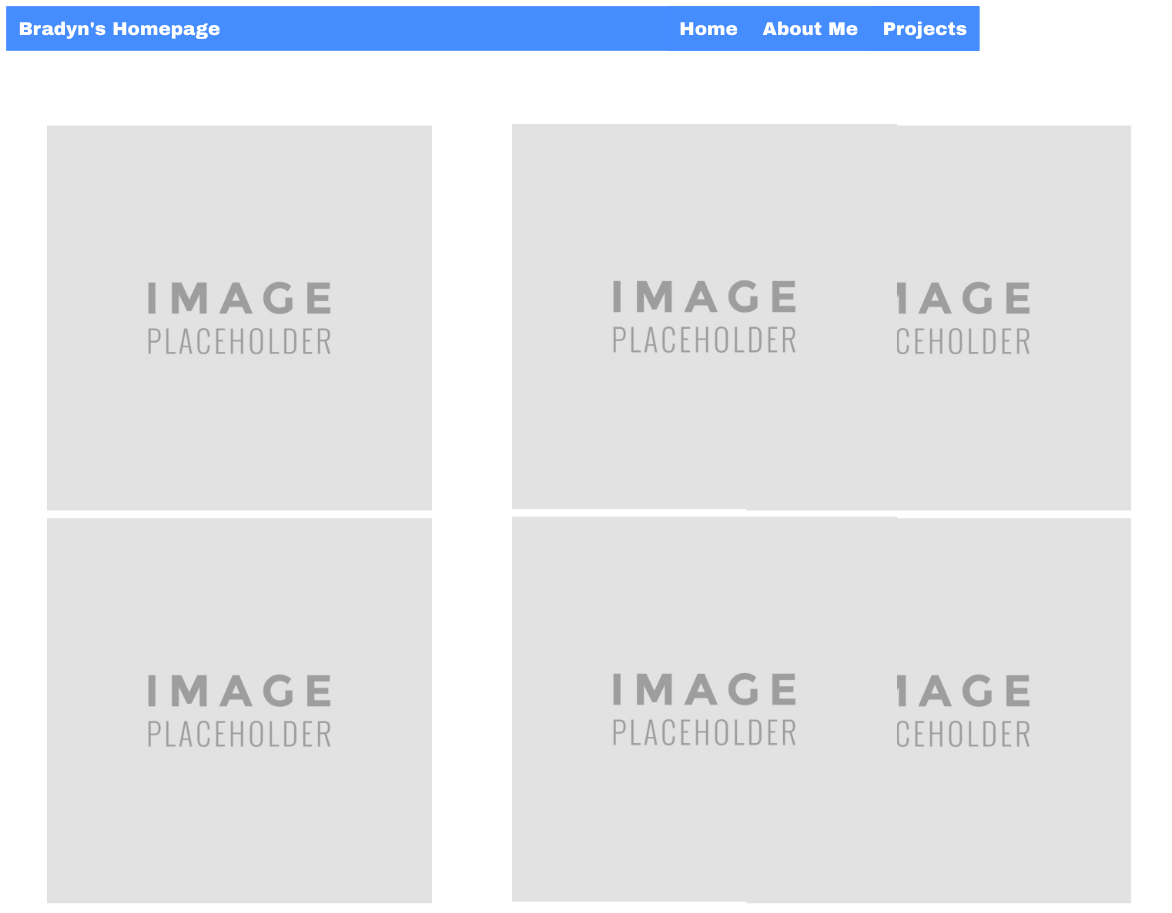
Repository: br4y/br4y.github.io
Page: index.html
The author's editor kept a record of every edit. The page is drawn from the files as they stood at one moment, then again after the next edit.
The browser window is 1280 px wide. The page is 1522 px wide, so the pictures cover 1522 px, including what lies to the right of the window. The pictures show the whole page, at 77% of full size.

Above is the page before.

### index.html
<!DOCTYPE html>
<link href="StyleSheet.css" rel="stylesheet" type="text/css">
<html>
    <head>
    <div class="navbar">
        <a>Bradyn's Homepage</a>
        <div class="links">
          <a class="active" href="index.html">Home</a>
          <a href="about.html">About Me</a>
      <div class="dropdown">
        <div class="morelinks">Projects</div>
        <div class="dropdown-content">
          <a href="#">Projects</a>
          <a href="#">Projects</a>
          <a href="#">Projects</a>
        </div>
      </div>
     </div>

    </div>

    </head>

    <body>
        <table>
            <tr class="spacerow">
                <br><br><br><br><br>
            </tr>
            <tr class="row1">
                <td><img class="column1" src="images/placeholder.jpg"></img></td>
                <td><img class="column2" src="images/placeholder.jpg"></img></td>
                <td><img class="column3" src="images/placeholder.jpg"></img></td>
            </tr>
            <tr>

            </tr>
            <tr class="row2">
                <td><img class="column1" src="images/placeholder.jpg"></img></td>
                <td><img class="column2" src="images/placeholder.jpg"></img></td>
                <td><img class="column3" src="images/placeholder.jpg"></img></td>
            </tr>
        </table>
    </body>

</html>

### StyleSheet.css
       .navbar{
        background-color: #458cff;
        overflow: hidden;
        font-family:"Arial Black", Gadget, sans-serif;
      }

      .navbar a {
        color: white;
        font-size: 24px;
        text-decoration: none;
        padding:16px;
        float:left;
      }

      .links {
        font-family:"Arial Black", Gadget, sans-serif;
        background-color: #458cff;
        color: white;
        float: right;
        text-decoration: none;
        font-size: 24px;
      }

      .morelinks {
        color: white;
        font-size: 24px;
        text-decoration: none;
        padding:16px;
      }

      .navbar a:hover, .morelinks:hover {
        background-color: pink;
      }

      .dropdown:hover .dropdown-content {
        display:block;
      }

      .dropdown-content {
        position: absolute;
        z-index:  1;
        display:none;
        background-color: #458cff;
        font-family:"Arial Black", Gadget, sans-serif;
      }

      .dropdown {
        font-family:"Arial Black", Gadget, sans-serif;
        background-color: #458cff;
        color: white;
        float: right;
        text-decoration: none;
        font-size: 24px;

      }

      .dropdown-content a{
        float: none;
        display:block;
      }

    .dog {
        width:40px;
        height:40px;
        border-radius:50%;
        padding:5px;
        display:inline;
        vertical-align:middle;
    }

    .portrait {
        height:relative;
        width:50%;
        float:left;
    }

    .about-text {
        text-align:left;
        font-family:"Arial Black", Gadget, sans-serif;
        width:45%;
        height:relative;
        display:inline-block;
        margin-left:15px;
    }

    /*.dropdown:hover .dropdown-content {display: block;}*/
    /*.dropdown-content a:hover {background-color:#2376fc;}*/
    /*.dropdown:hover .dropbtn {background-color: #2376fc;}*/

    table {
        width:100%;
    }

    .column1{
        height:40%;
        float:left;
        padding-left:10%
    }

    .column2 {
        height:40%;
        margin-left:30%;
    }

    .column3 {
        height:40%;
        float: right;
        padding-right:10%;
    }

    .spacerow {
        height:100%;
        padding-top:50px;
        color:white;
        font-size:100px;
    }

    .navbuttons {
        margin-right:10px;
        padding-right:20px;
        background-color:#458cff;
        display:inline-block;
        text-align: right;
        color:white;
        font-size:75%;
        font-family:"Arial Black", Gadget, sans-serif;
    }

After the next edit:
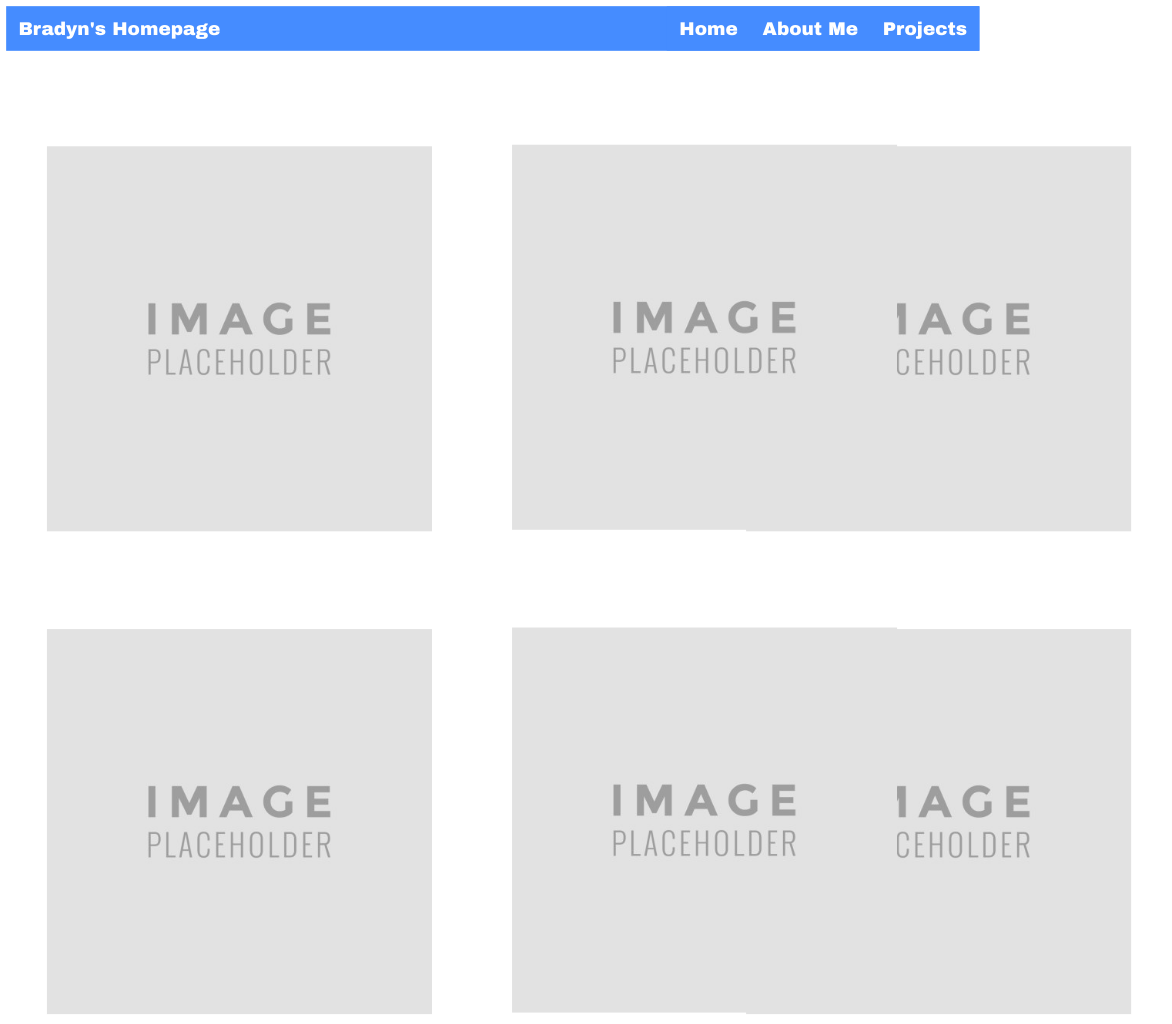
The edit:
--- a/index.html
+++ b/index.html
@@ -23,18 +23,22 @@
 
     <body>
         <table>
-            <tr class="spacerow">
-                <br><br><br><br><br>
+           <tr class="spacerow">
+                <td>a</td>
+                <td>a</td>
+                <td>a</td>
             </tr>
             <tr class="row1">
                 <td><img class="column1" src="images/placeholder.jpg"></img></td>
                 <td><img class="column2" src="images/placeholder.jpg"></img></td>
                 <td><img class="column3" src="images/placeholder.jpg"></img></td>
+            <tr class="spacerow">
+                <td>a</td>
+                <td>a</td>
+                <td>a</td>
             </tr>
-            <tr>
-
             </tr>
-            <tr class="row2">
+            <tr class="row3">
                 <td><img class="column1" src="images/placeholder.jpg"></img></td>
                 <td><img class="column2" src="images/placeholder.jpg"></img></td>
                 <td><img class="column3" src="images/placeholder.jpg"></img></td>
